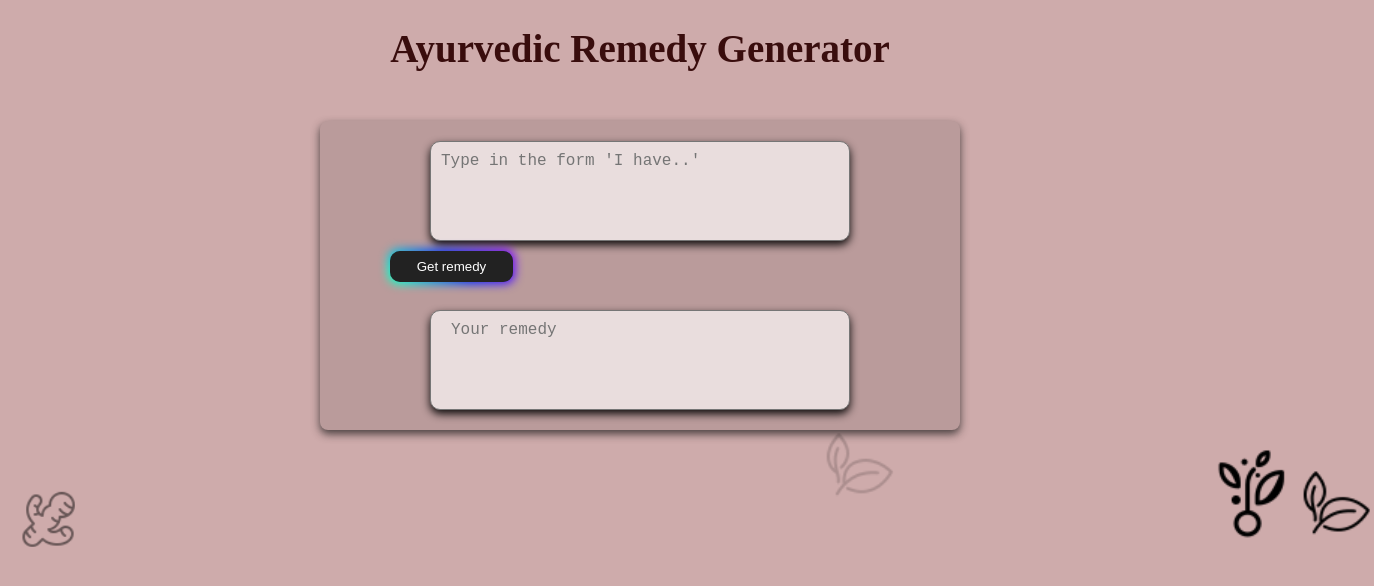
Repository: krutarthh/Ayurvedic-Remedy
Page: index.html
An editor plug-in stored every save of this project. The page is shown before and after the next save, followed by the edit.
The browser window is 1280 px wide. The page is 1374 px wide, so the pictures cover 1374 px, including what lies to the right of the window. The pictures show the whole page.

Above is the page before, as saved 2024-04-10 15:19:19.

After the next save:
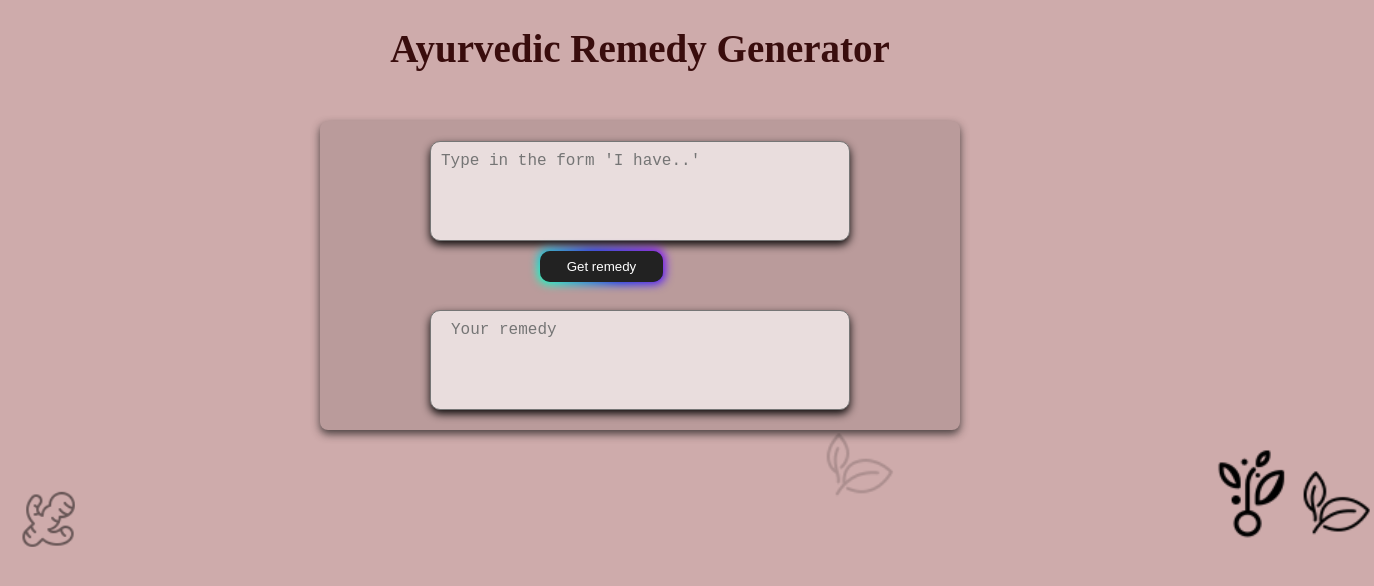
Saved 7 s later.
--- a/app.css
+++ b/app.css
@@ -124,7 +124,7 @@ background-color: #e9dddd;
   cursor: pointer;
   position: relative;
   z-index: 0;
-  margin-left: 50px;
+  margin-left: 200px;
   border-radius: 10px;
   user-select: none;
   -webkit-user-select: none;
